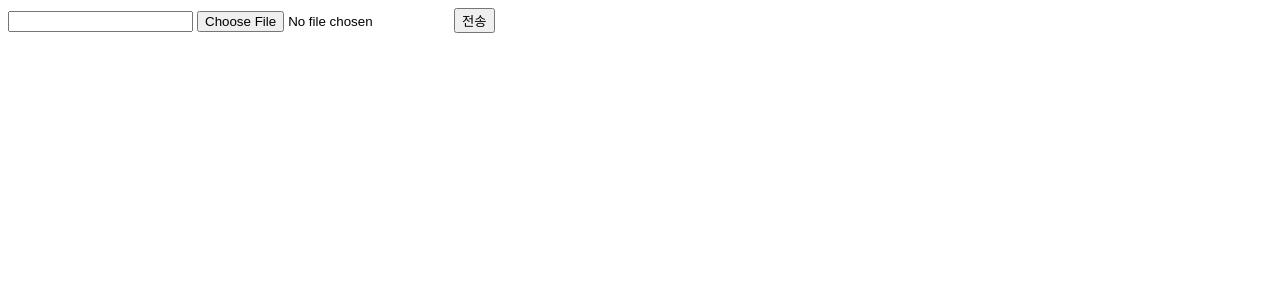
Repository: minkyung0421/jsp_travel_project
Page: http://localhost/Travel_Project/fileUploadForm.jsp
The author's editor kept a copy of each file at every save. The page is drawn from the files as they stood at one save, then again after the next save.
The browser window is 1280 px wide. The pictures show the whole page.
The page is served by Tomcat 9.

Above is the page before, as saved 2018-08-21 00:30:49.

After the next save:
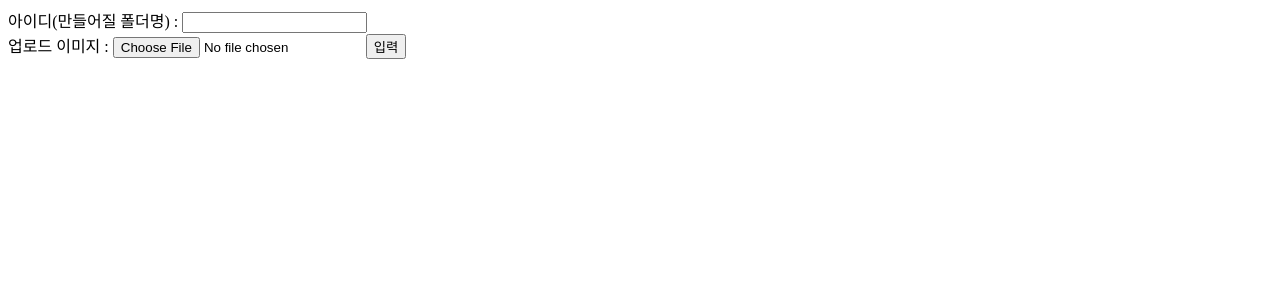
Saved 112 s later.
--- a/jsp_travel_project/Travel_Project/WebContent/fileUploadForm.jsp
+++ b/jsp_travel_project/Travel_Project/WebContent/fileUploadForm.jsp
@@ -7,11 +7,17 @@
 </head>
 
 <body>
+ <script type="text/javascript">
+function submit1(f){
+	var text = f.subject.value;
+	f.action="imgadd.jsp?text="+text;
+	f.submit();
+}
+</script>
 
-<form name="fileForm" id="fileForm" method="POST" action="fileUpload.jsp" enctype="multipart/form-data">
-    <input type="text" name="title" id="title">
-    <input type="file" name="uploadFile" id="uploadFile">
-    <input type="submit" value="전송">
+<form name="formUpload" method="post" enctype="multipart/form-data">
+아이디(만들어질 폴더명) : <input type="text" name="subject"><br />
+업로드 이미지 : <input type="file" name="upload" /><input type="button" value="입력" onclick="submit1(this.form)" />
 </form>
 </body>
 </html>
